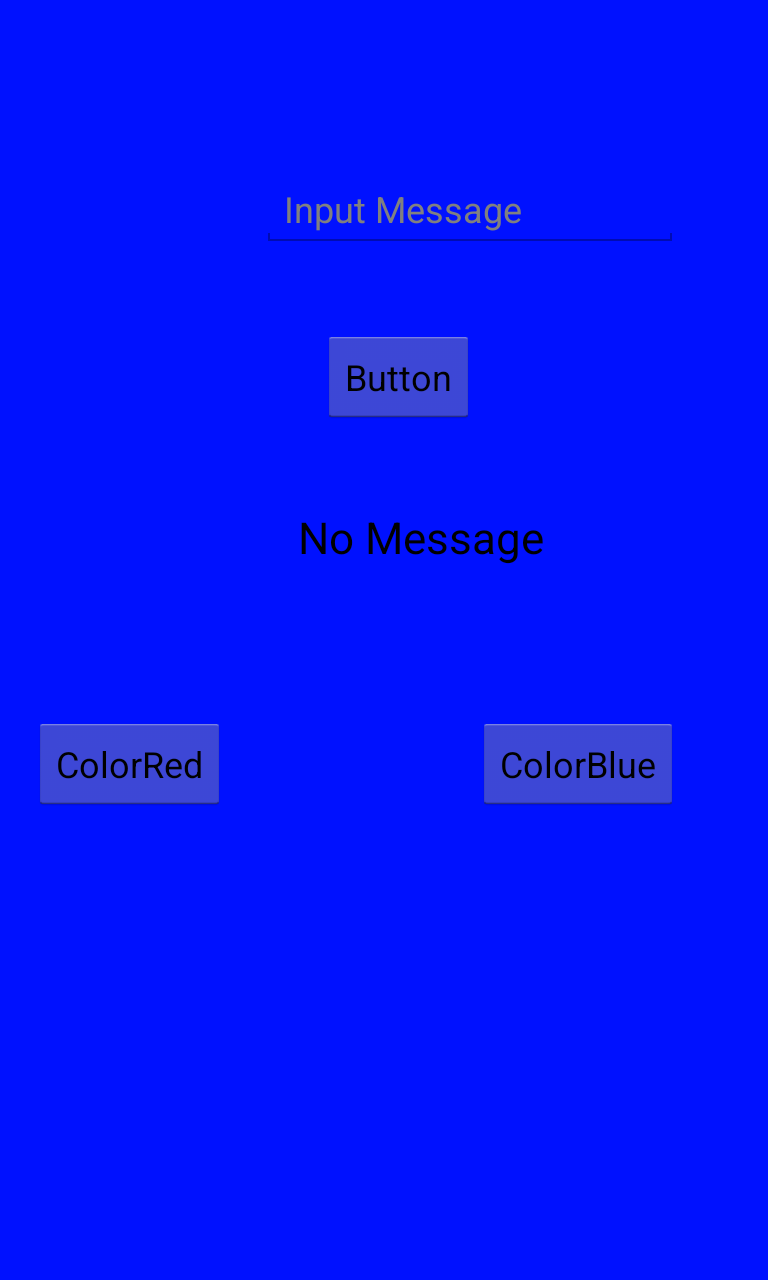
Repository: Mayappa/ANDROID-PROJ
Layout: ButtonView/res/layout/activity_main.xml
These files come from the project's save history. The layout is drawn as it stood at one moment and after the next save; the edit follows.
It is drawn on a 768 x 1280 px phone screen (xhdpi) without system bars, with theme AppTheme; the app's code is not run.

Above is the layout before, as saved 2015-11-09 14:15:29.

After the next save:
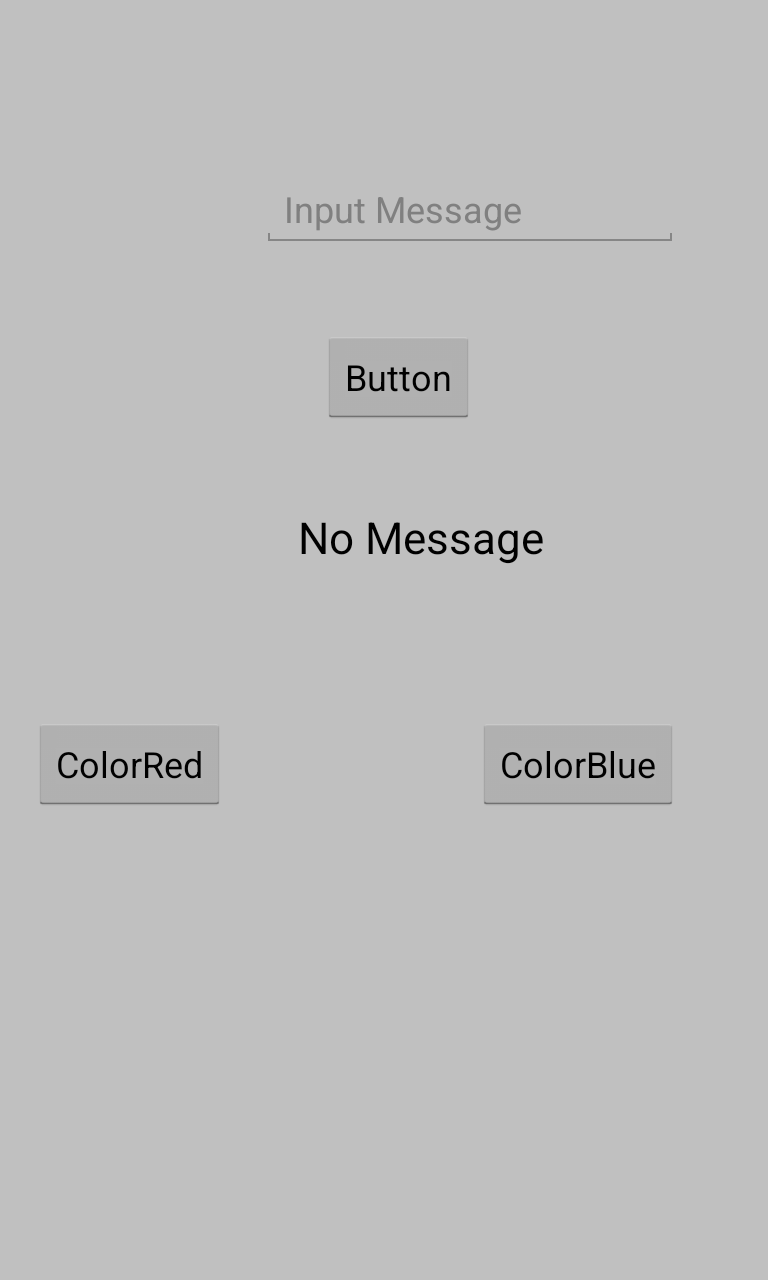
Saved 4 min 2 s later.
--- a/ButtonView/res/layout/activity_main.xml
+++ b/ButtonView/res/layout/activity_main.xml
@@ -6,7 +6,7 @@
     android:paddingLeft="@dimen/activity_horizontal_margin"
     android:paddingRight="@dimen/activity_horizontal_margin"
     android:paddingTop="@dimen/activity_vertical_margin"
-    android:background="#0011FF"
+    android:background="#C0C0C0"
     tools:context=".MainActivity" >
 
 
